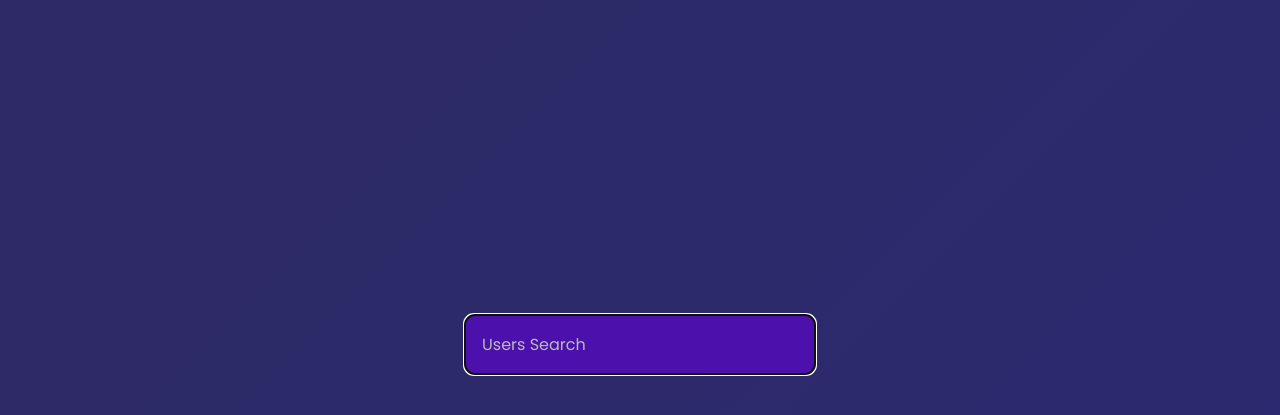
Repository: sevilgenysf/githubpersonsearch
Page: index.html
The author's editor kept a copy of each file at every save. The page is drawn from the files as they stood at one save, then again after the next save.
The browser window is 1280 px wide. The pictures show the whole page.
The first visible `input` has the focus.
The page's requests for data from a server got no answer.

Above is the page before, as saved 2022-03-11 13:52:37.

After the next save:
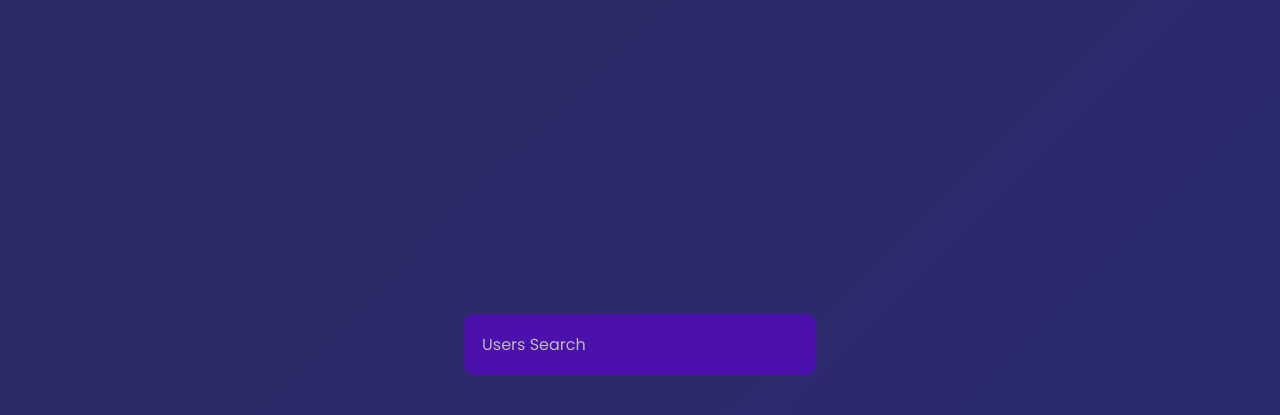
Saved 27 s later.
--- a/style.css
+++ b/style.css
@@ -32,6 +32,10 @@ input {
 
 input::placeholder {
 	color: #bbb;
+}
+
+input:focus {
+	outline: none;
 }
 
 .card {
